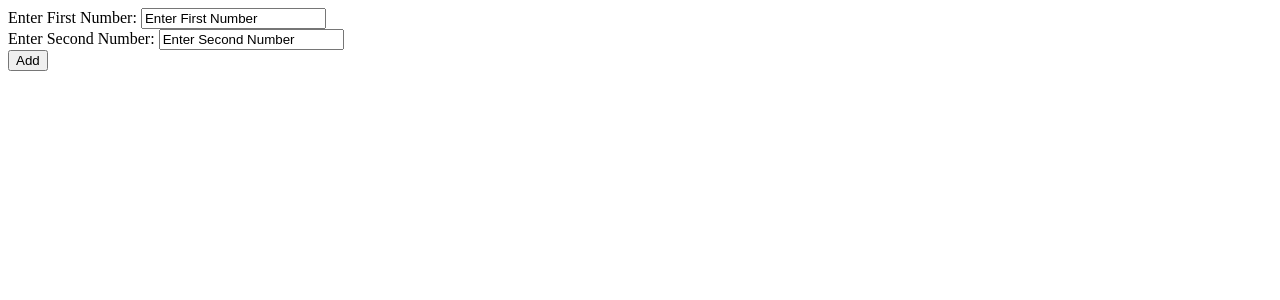
Repository: KoviAnusha/Typescript-files
Page: workspace-sts-3.9.9.RELEASE/JSPDemos/WebContent/index.html
An editor plug-in stored every save of this project. The page is shown before and after the next save, followed by the edit.
The browser window is 1280 px wide. The pictures show the whole page.

Above is the page before, as saved 2019-08-24 04:48:44.

### workspace-sts-3.9.9.RELEASE/JSPDemos/WebContent/index.html
<!DOCTYPE html>
<html>
<head>
<meta charset="ISO-8859-1">
<title>Insert title here</title>
</head>
<body>
<form method="get" action="Calculate.jsp">
Enter First Number: <input type="text" value="Enter First Number"><br>
Enter Second Number: <input type="text" value="Enter Second Number"><br>
<input type="submit" value="Add">
</form>
</body>
</html>

After the next save:
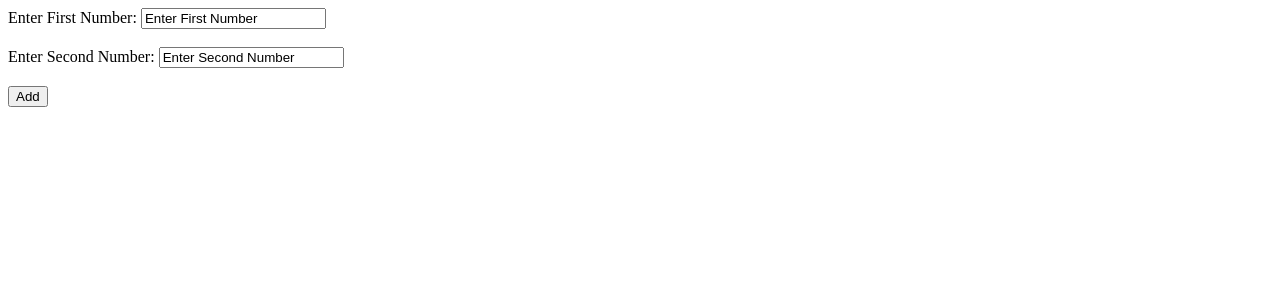
Saved 26 s later.
--- a/workspace-sts-3.9.9.RELEASE/JSPDemos/WebContent/index.html
+++ b/workspace-sts-3.9.9.RELEASE/JSPDemos/WebContent/index.html
@@ -6,8 +6,8 @@
 </head>
 <body>
 <form method="get" action="Calculate.jsp">
-Enter First Number: <input type="text" value="Enter First Number"><br>
-Enter Second Number: <input type="text" value="Enter Second Number"><br>
+Enter First Number: <input type="text" value="Enter First Number"><br><br>
+Enter Second Number: <input type="text" value="Enter Second Number"><br><br>
 <input type="submit" value="Add">
 </form>
 </body>
